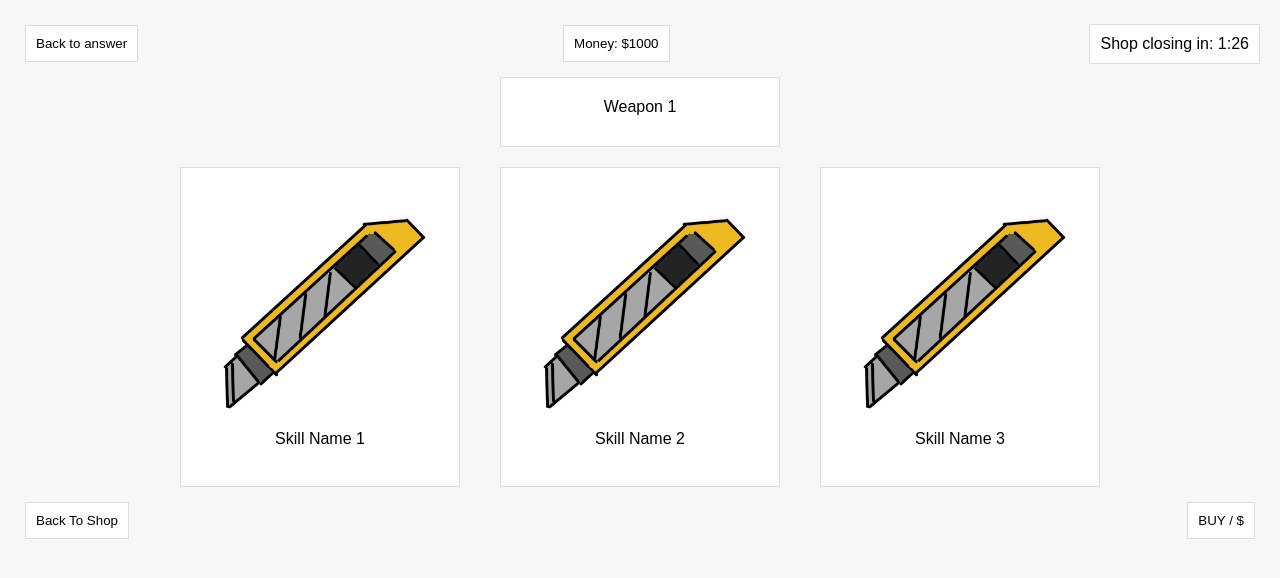
Repository: sean12-2007/Jailbreaker
Page: public/src/pages/shop_skills copy 2.html
The author's editor kept a copy of each file at every save. The page is drawn from the files as they stood at one save, then again after the next save.
The browser window is 1280 px wide. The pictures show the whole page.

Above is the page before, as saved 2024-08-09 20:31:46.

### public/src/pages/shop_skills copy 2.html
<!DOCTYPE html>
<html lang="en">
<head>
  <meta charset="UTF-8">
  <meta name="viewport" content="width=device-width, initial-scale=1.0">
  <title>Weapon Shop</title>
  <style>
    body {
      font-family: Arial, sans-serif;
      margin: 0;
      padding: 20px;
      background: #f7f7f7;
    }
    .container {
      display: flex;
      justify-content: space-between;
      align-items: center;
      gap: 20px;
    }
    .button {
      padding: 10px;
      margin: 5px;
      border: 1px solid #ddd;
      background-color: #fff;
      cursor: pointer;
      text-align: center;
    }
    .weapon-container {
      display: flex;
      justify-content: center;
      align-items: center;
      gap: 20px;
      width: 100%;
    }
      .weapon {
        flex: 0 0 auto;
        width: 280px; /* Fixed width */
        height: 320px; /* Fixed height */
        margin: 10px;
        background: #fff;
        border: 1px solid #ddd;
        padding: 20px;
        text-align: center;
        box-sizing: border-box; /* Include padding and border in the element's total width and height */
      }
      .weapon2 {
        flex: 0 0 auto;
        width: 280px; /* Fixed width */
        height: 70px; /* Fixed height */
        margin: 10px;
        background: #fff;
        border: 1px solid #ddd;
        padding: 20px;
        text-align: center;
        box-sizing: border-box; /* Include padding and border in the element's total width and height */
      }
      .weapon img {
        width: 100%;
        height: auto;
      }
    .timer-container {
      border: 1px solid #ddd;
      background: #fff;
      padding: 10px;
      text-align: center;
    }
  </style>
</head>
<body>
  <div class="container">
    <button class="button">Back to answer</button>
    <button class="button">Money: $1000</button>
    <div class="timer-container">
      <div id="startTimer">Shop closing timer</div>
    </div>
  </div>
  <div class="weapon-container">
    <div class="weapon2">
      <div>Weapon 1</div>
    </div>
  </div>
  <div class="weapon-container">
        <div class="weapon">
          <img src="/images/artknife.png" alt="Weapon 1" />
          <div>Skill Name 1</div>
        </div>
        <div class="weapon">
          <img src="/images/artknife.png" alt="Weapon 2" />
          <div>Skill Name 2</div>
        </div>
        <div class="weapon">
          <img src="/images/artknife.png" alt="Weapon 3" />
          <div>Skill Name 3</div>
        </div>
      </div>

  <div class="container">
    <button class="button" onclick="goToShop()">Back To Shop</button>
    <button class="button" onclick="buySkills()">BUY / $</button>
  </div>

  <script>
    // Variables to store the timer state
    let timeRemaining = 90; // 1.5 minutes in seconds
    let timerInterval = null;

    function goToShop() {
      window.location.href = 'shop.html'; // Redirect to shop.html
    }

    // Function to simulate buying skills and updating money
    function buySkills() {
      // Implement the function to buy skills
      // Update money variable as needed
      updateMoneyDisplay()
    }

    // Function to update the money display
    function updateMoneyDisplay() {
      // Assuming you have a variable 'money' to store the money amount
      document.querySelector('.button:nth-child(2)').textContent = `Money: $${money}`;
    }

    // Function to update the timer display
    function updateTimerDisplay(minutes, seconds) {
      document.getElementById('startTimer').textContent = `Shop closing in: ${minutes}:${seconds.toString().padStart(2, '0')}`;
    }

    // Function to start the countdown
    function startCountdown() {
      // Only start the timer if it's not already running
      if (timerInterval === null) {
        timerInterval = setInterval(function() {
          const minutes = Math.floor(timeRemaining / 60);
          const seconds = timeRemaining % 60;
          updateTimerDisplay(minutes, seconds);
          if (timeRemaining > 0) {
            timeRemaining -= 1;
          } else {
            clearInterval(timerInterval);
            timerInterval = null;
            alert("Time's up!");
          }
        }, 1000);
      }
    }

    // Event listener for the start button
    document.getElementById('startTimer').addEventListener('click', startCountdown);

    // Start the countdown timer as soon as the page loads
    startCountdown();
  </script>
</body>
</html>

After the next save:
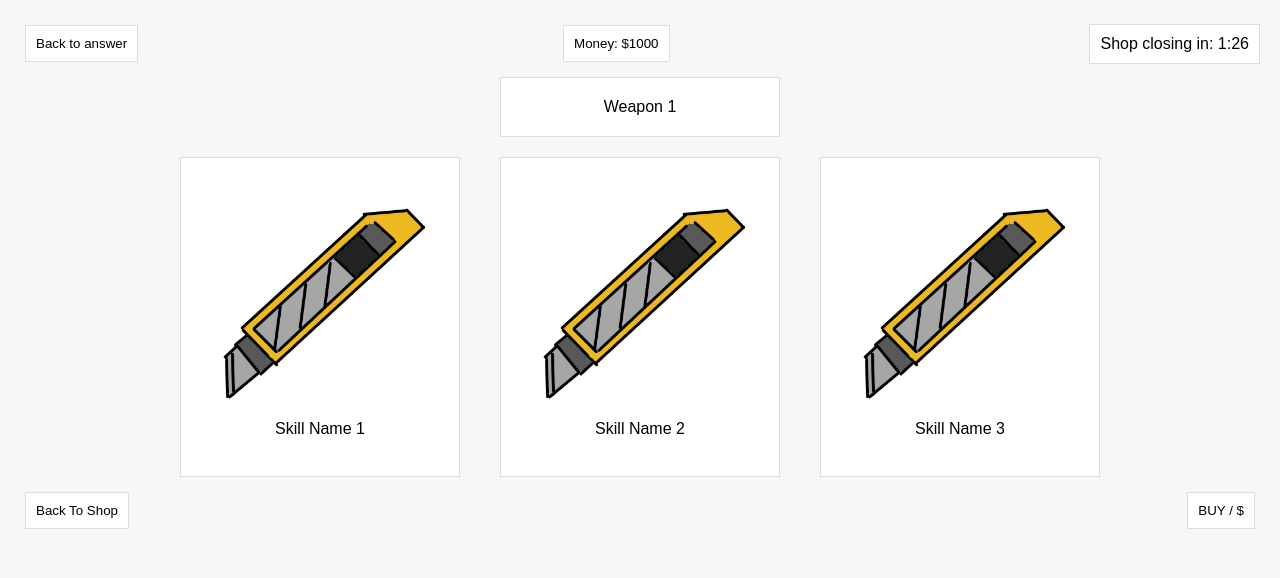
Saved 11 s later.
--- a/public/src/pages/shop_skills copy 2.html
+++ b/public/src/pages/shop_skills copy 2.html
@@ -46,7 +46,7 @@
       .weapon2 {
         flex: 0 0 auto;
         width: 280px; /* Fixed width */
-        height: 70px; /* Fixed height */
+        height: 60px; /* Fixed height */
         margin: 10px;
         background: #fff;
         border: 1px solid #ddd;
